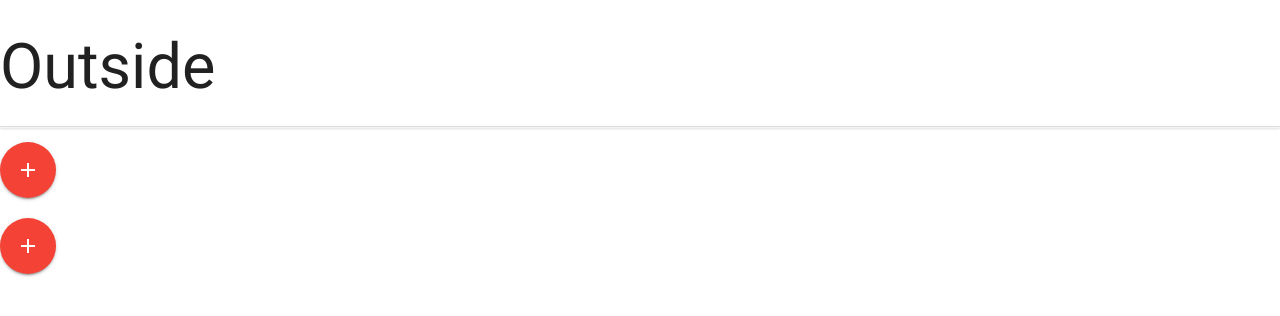
Repository: neillarkin/atari-app
Page: http://localhost/
The author's editor kept a record of every edit. The page is drawn from the files as they stood at one moment, then again after the next edit.
The browser window is 1280 px wide. The pictures show the whole page.
The page is served by the project's application, run on Flask 3 (run.py). Queries for data that is not in the repository find no rows.

Above is the page before.

### templates/recipes.html
{% extends 'base.html' %} {% block content %}
<ul class="collapsible" data-collapsible="accordion">
    {% for recipe in recipes %}
    <li>
        <div class="collapsible-header">

            <div class=" recipe-header col s9">
                <i class="material-icons">expand_more</i><strong>{{recipe.recipe_name}}</strong>
            </div>
        </div>
        <div class="collapsible-body">
            <span><strong>Description: </strong>{{recipe.description}}</span><br>
            <span><strong>Method: </strong> {{recipe.method}}</span><br>
            <span><strong>Ingredients: </strong>{{recipe.ingredients}}</span>
        </div>
    </li>
    {% endfor %}
</ul>
<div class="row">
      <a class="btn-floating btn-large waves-effect waves-light red"><i class="material-icons">add</i></a>

</div>
<a class="btn-floating btn-large waves-effect waves-light red"><i class="material-icons">add</i></a>
{% endblock %}

### templates/base.html
<!DOCTYPE html>
<html>

<head>
    <link href="https://fonts.googleapis.com/icon?family=Material+Icons" rel="stylesheet">
    <link rel="stylesheet" href="https://cdnjs.cloudflare.com/ajax/libs/materialize/0.100.2/css/materialize.min.css">
</head>

<body>
    <h1>Outside</h1>
    {% block content %} {% endblock %}
    <script src="https://code.jquery.com/jquery-3.4.1.min.js" integrity="sha256-CSXorXvZcTkaix6Yvo6HppcZGetbYMGWSFlBw8HfCJo=" crossorigin="anonymous"></script>
    <script src="https://cdnjs.cloudflare.com/ajax/libs/materialize/1.0.0/js/materialize.min.js"></script>
    <script>
        $(document).ready(function() {
            $('.collapsible').collapsible();
        });
    </script>
</body>

</html>

### run.py
import os
from flask import Flask, render_template, redirect, request, url_for
from flask_pymongo import PyMongo
from bson.objectid import ObjectId

app = Flask(__name__)

app.config["MONGO_DBNAME"] = 'recipe_db'
app.config['MONGO_URI'] = 'mongodb+srv://root:r00tUser@myfirstcluster-tbkzy.mongodb.net/recipe_db?retryWrites=true&w=majority'

mongo = PyMongo(app) #constructor method

#route decorator is a URL that redirects to a Python function
@app.route('/')
@app.route('/get_recipes')
def get_tasks():
    return render_template("recipes.html", recipes=mongo.db.recipes.find())

@app.route('/add_recipe')
def add_recipe():
    return render_template('add_recipe.html', categories=mongo.db.categories.find())

@app.route('/create_recipe', methods=['POST'])
def create_recipe():
    recipes = mongo.db.recipes
    recipes.insert_one(request.form.to_dict()) #insert request oject which is our form
    return redirect(url_for('get_recipes'))  # redirect to the get_recipes page to see the new entry


if __name__ == '__main__':
    app.run(host=os.environ.get('IP'),
            port=int(os.environ.get('PORT')),
            debug=True)

After the next edit:
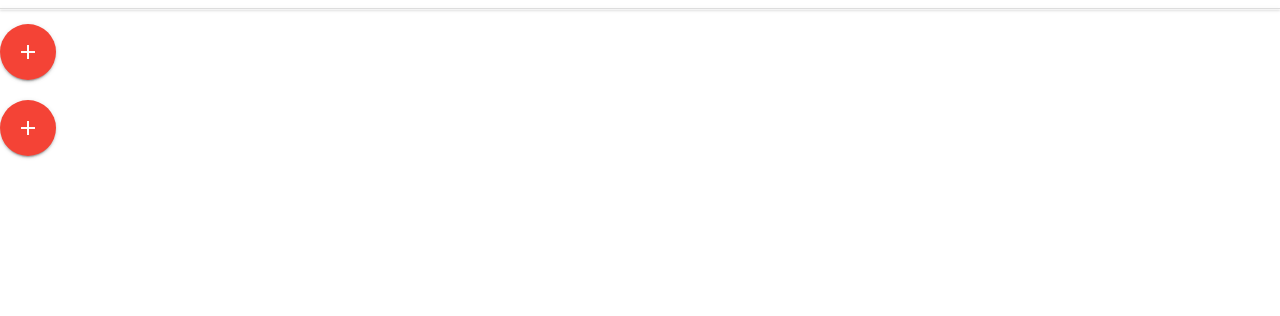
The edit:
--- a/templates/base.html
+++ b/templates/base.html
@@ -7,7 +7,6 @@
 </head>
 
 <body>
-    <h1>Outside</h1>
     {% block content %} {% endblock %}
     <script src="https://code.jquery.com/jquery-3.4.1.min.js" integrity="sha256-CSXorXvZcTkaix6Yvo6HppcZGetbYMGWSFlBw8HfCJo=" crossorigin="anonymous"></script>
     <script src="https://cdnjs.cloudflare.com/ajax/libs/materialize/1.0.0/js/materialize.min.js"></script>
